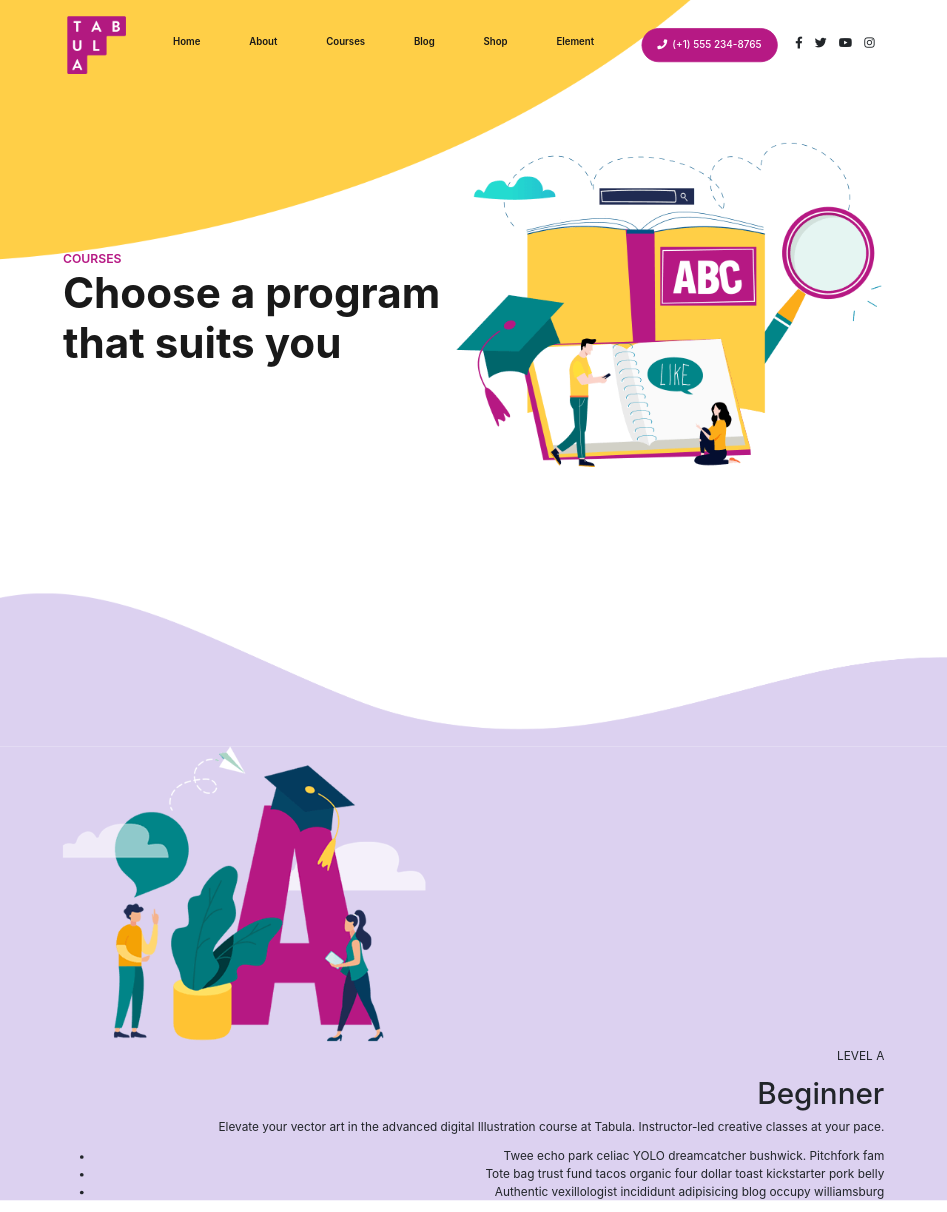
Repository: Khanh1234-glitch/TruongNguyenBaoKhanh_BC22_assignment__tabula
Page: Tabula/index.html
The author's editor kept a copy of each file at every save. The page is drawn from the files as they stood at one save, then again after the next save.
The browser window is 1280 px wide. The pictures show the whole page, at 74% of full size.
The style sheet was rebuilt from its Sass, Less or Tailwind sources for each picture, by a compiler version that may differ from the author's.

Above is the page before, as saved 2022-04-16 11:03:00.

After the next save:
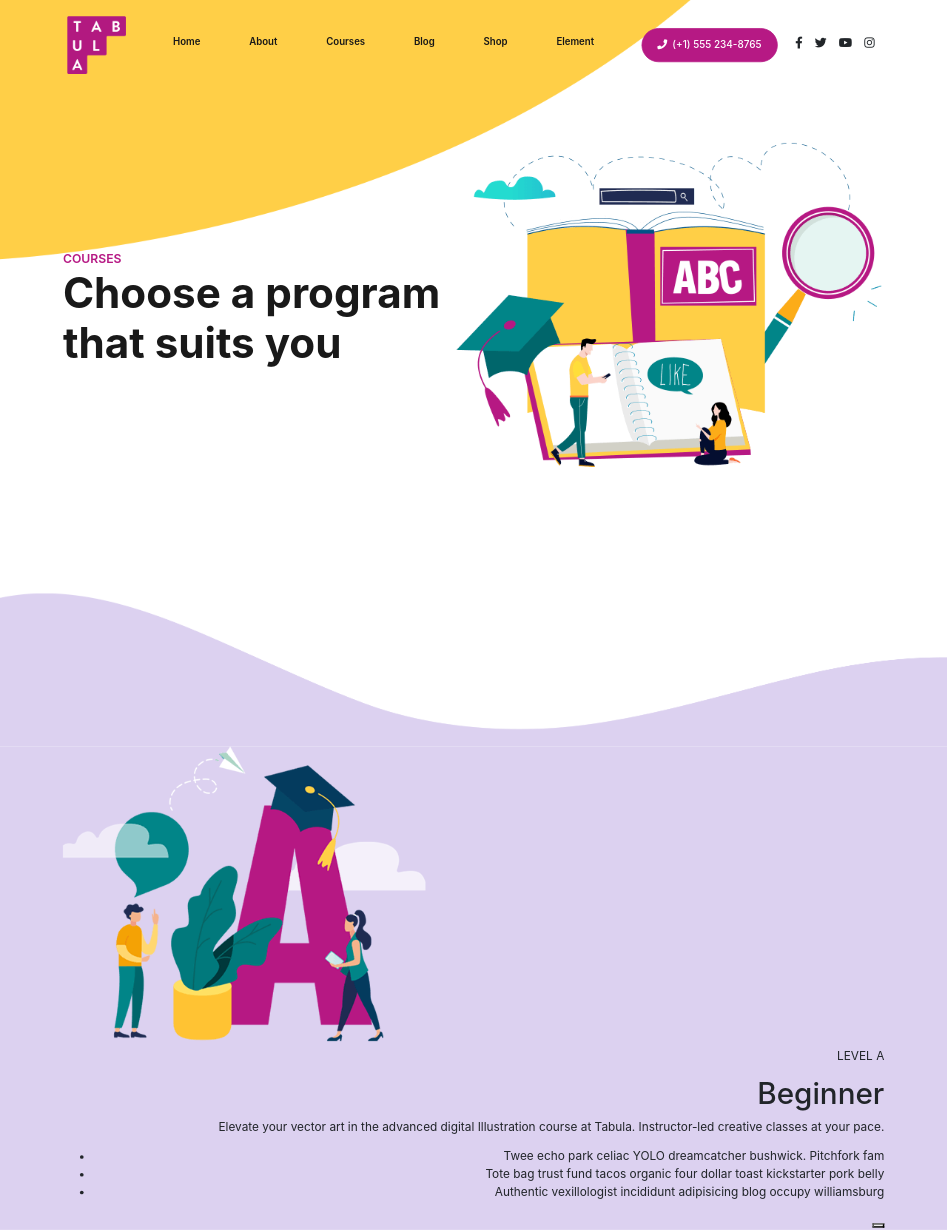
Saved 25 s later.
--- a/Tabula/index.html
+++ b/Tabula/index.html
@@ -86,6 +86,9 @@
                     <li>Tote bag trust fund tacos organic four dollar toast kickstarter pork belly</li>
                     <li>Authentic vexillologist incididunt adipisicing blog occupy williamsburg</li>
                 </ul>
+                <div class="btn-beginner">
+                    <button></button>
+                </div>
             </div>
         </div>
     </section>
